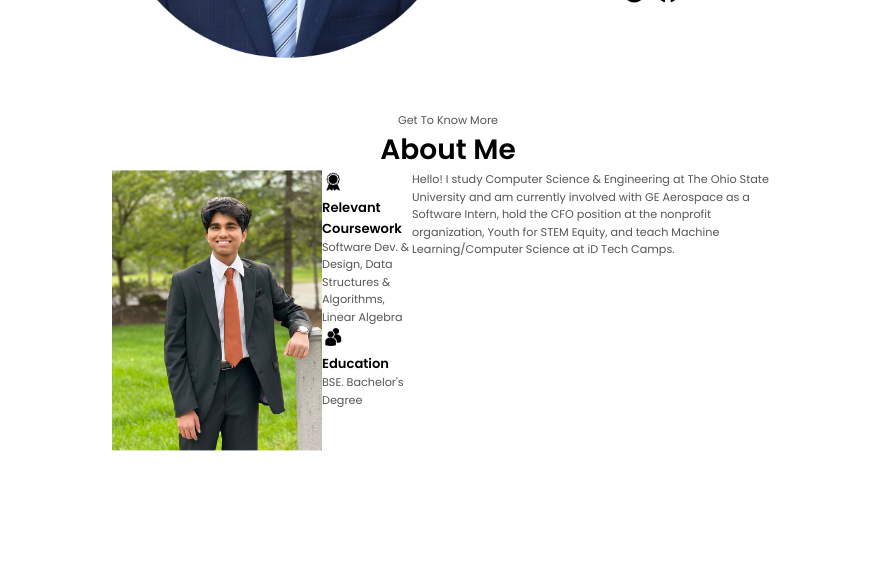
Repository: anuragkej/OldPortfolio
Page: index.html
These files come from the project's save history. The page is drawn as it stood at one moment and after the next save; the edit follows.
The browser window is 1280 px wide. The pictures show the part of the page from y = 568 to 2488 px (the page is 1390 px tall before and 2779 px after), at 70% of full size.

Above is the page before, as saved 2024-05-26 04:47:36.

After the next save:
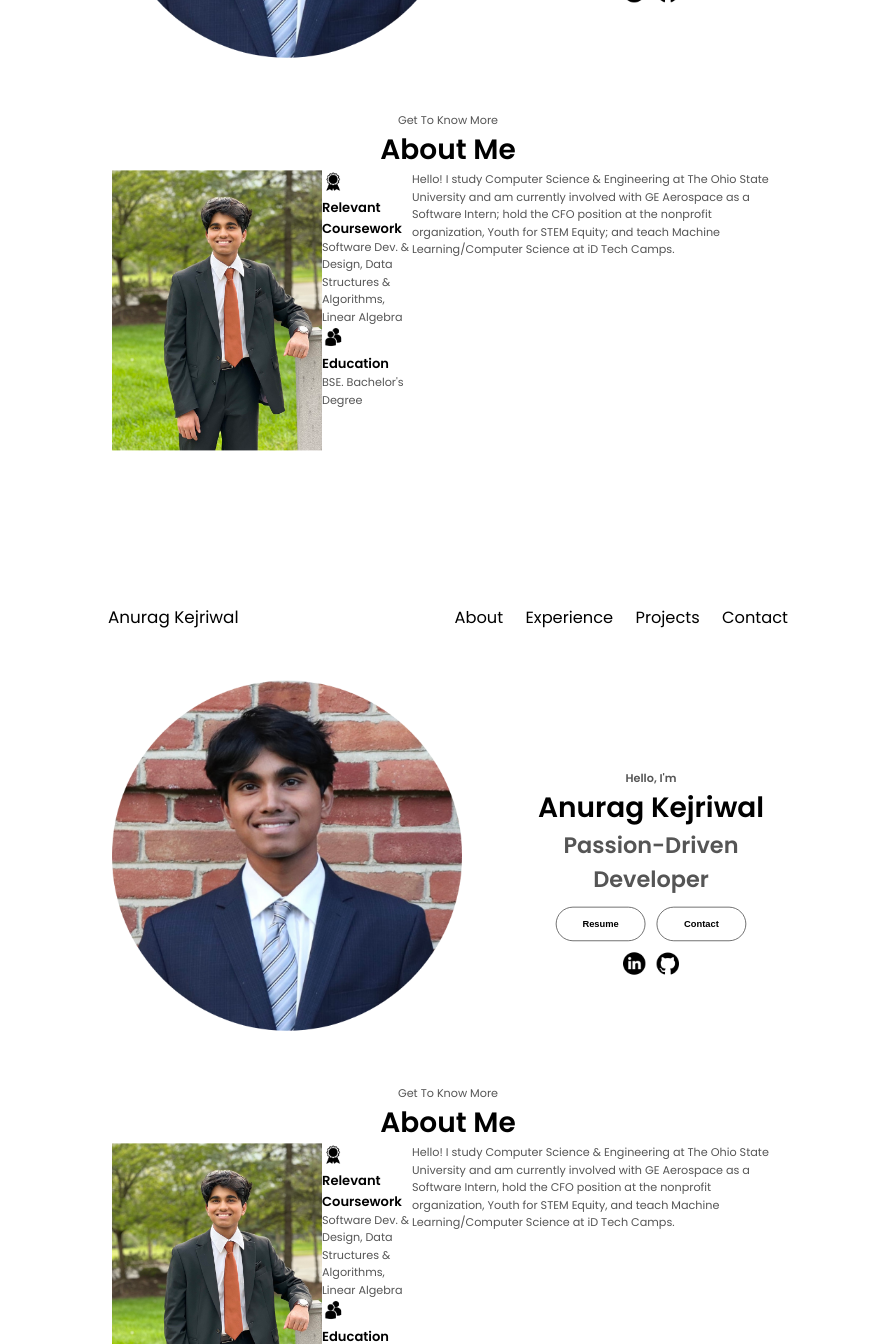
Saved 53 s later.
--- a/index.html
+++ b/index.html
@@ -1,3 +1,91 @@
+<!DOCTYPE html>
+<html lang="en">
+<head>
+    <meta charset="UTF-8">
+    <meta name="viewport" content="width=device-width, initial-scale=1.0">
+    <title>Personal Portfolio</title>
+    <link rel="stylesheet" href="style.css">
+    <link rel="stylesheet" href="mediaqueries.css">
+</head>
+<body>
+    <nav id="desktop-nav">
+        <div class="logo">Anurag Kejriwal</div>
+        <div>
+            <ul class="nav-links">
+                <li><a href="#about">About</a></li>
+                <li><a href="#experience">Experience</a></li>
+                <li><a href="#projects">Projects</a></li>
+                <li><a href="#contact">Contact</a></li>
+            </ul>
+        </div>
+    </nav>
+    <nav id="hamburger-nav">
+        <div class="logo">Anurag Kejriwal</div>
+        <div class="hamburger-menu">
+            <div class="hamburger-icon" onclick="toggleMenu()">
+                <span></span>
+                <span></span>
+                <span></span>
+            </div>
+            <div class="menu-links">
+                <li><a href="#about" onclick="toggleMenu()" >About</a></li>
+                <li><a href="#experience" onclick="toggleMenu()">Experience</a></li>
+                <li><a href="#projects" onclick="toggleMenu()">Projects</a></li>
+                <li><a href="#contact" onclick="toggleMenu()">Contact</a></li>
+            </div>
+        </div>
+    </nav>
+    <section id="profile">
+        <div class="section_pic-container">
+            <img src="./assets/anuragprofpic.png" alt="Anurag Kejriwal profile picture">
+        </div>
+        <div class="section__text">
+            <p class="section__text__p1">Hello, I'm</p>
+            <h1 class="title">Anurag Kejriwal</h1>
+            <p class="section__text__p2">Passion-Driven Developer</p>
+            <div class="btn-container">
+                <button class="btn btn-color-2"
+                onclick="window.open('./assets/AnuragKejriwalResume_2026.pdf')">Resume</button>
+                <button class="btn btn-color-1"
+                onclick="location.href='./#contact'">Contact</button>
+            </div>
+            <div id="socials-container">
+                <img src="./assets/linkedin.png" alt="My LinkedIn Profile"
+                class ="icon" onclick="location.href='https://linkedin.com/in/anuragkejriwal1/'">
+                <img src="./assets/github.png" alt="My Github Profile"
+                class ="icon" onclick="location.href='https://github.com/anuragkej'">
+            </div>
+        </div>
+    </section>
+    <section id="about">
+        <p class="section__text__p1">Get To Know More</p>
+        <h1 class="title">About Me</h1>
+        <div class="section-container">
+        <div class="section__pic-container">
+            <img src="./assets/E4CC9343-5963-4651-9569-35505B2238C1_1_105_c.jpeg" alt="Profile Picture" class="about-pic"/>
+        </div>
+        <div class="about-details-container">
+            <div class="about-containers">
+                <div class="details-container">
+                    <img src="./assets/experience.png" alt="Experience icon" class="icon"/>
+                    <h3>Relevant Coursework</h3>
+                    <p>Software Dev. & Design, Data Structures & Algorithms, Linear Algebra</p>
+                </div>
+                <div class="details-container"></div>
+                <img src="./assets/education.png" alt="Education icon" class="icon"/>
+                    <h3>Education</h3>
+                    <p>BSE. Bachelor's Degree</p>
+            </div>
+        </div>
+        <div class="text-container">
+            <p>Hello! I study Computer Science & Engineering at The Ohio State University and am currently involved with GE Aerospace as a Software Intern; hold the CFO position at the nonprofit organization, Youth for STEM Equity; and teach Machine Learning/Computer Science at iD Tech Camps.</p>
+        </div>
+        </div>
+    </section>
+    <script src="script.js"></script>
+
+</body>
+</html>
 <!DOCTYPE html>
 <html lang="en">
 <head>
